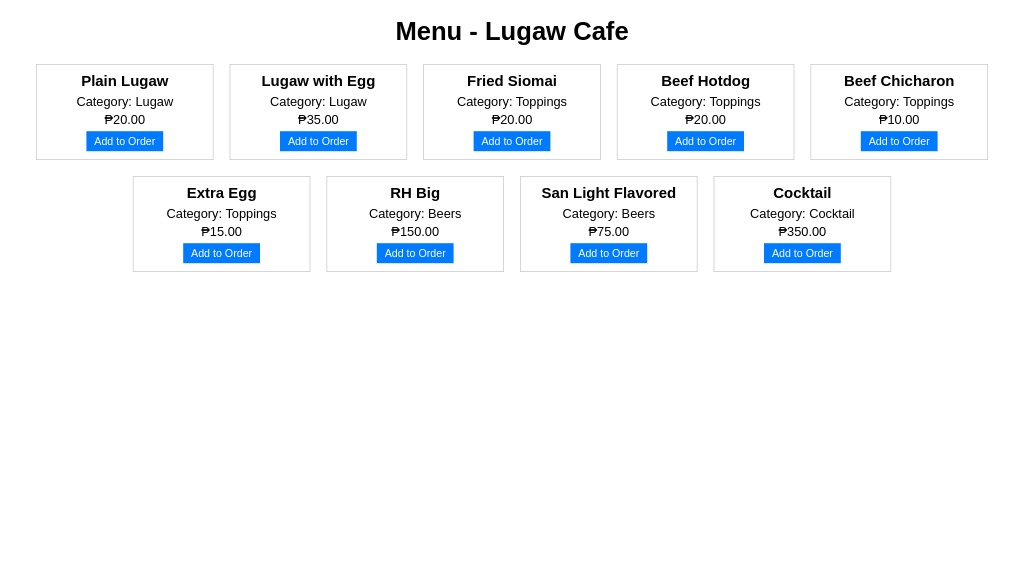
Repository: Jijiluzana225/lugawan_pitlane
Page: http://localhost/pos/menu/
An editor plug-in stored every save of this project. The page is shown before and after the next save, followed by the edit.
The browser window is 1280 px wide. The pictures show the whole page, at 80% of full size.
The page is served by the project's application, run on Django 5.2 (manage.py). The page reads the database file committed with the project.

Above is the page before, as saved 2025-03-06 08:33:14.

After the next save:
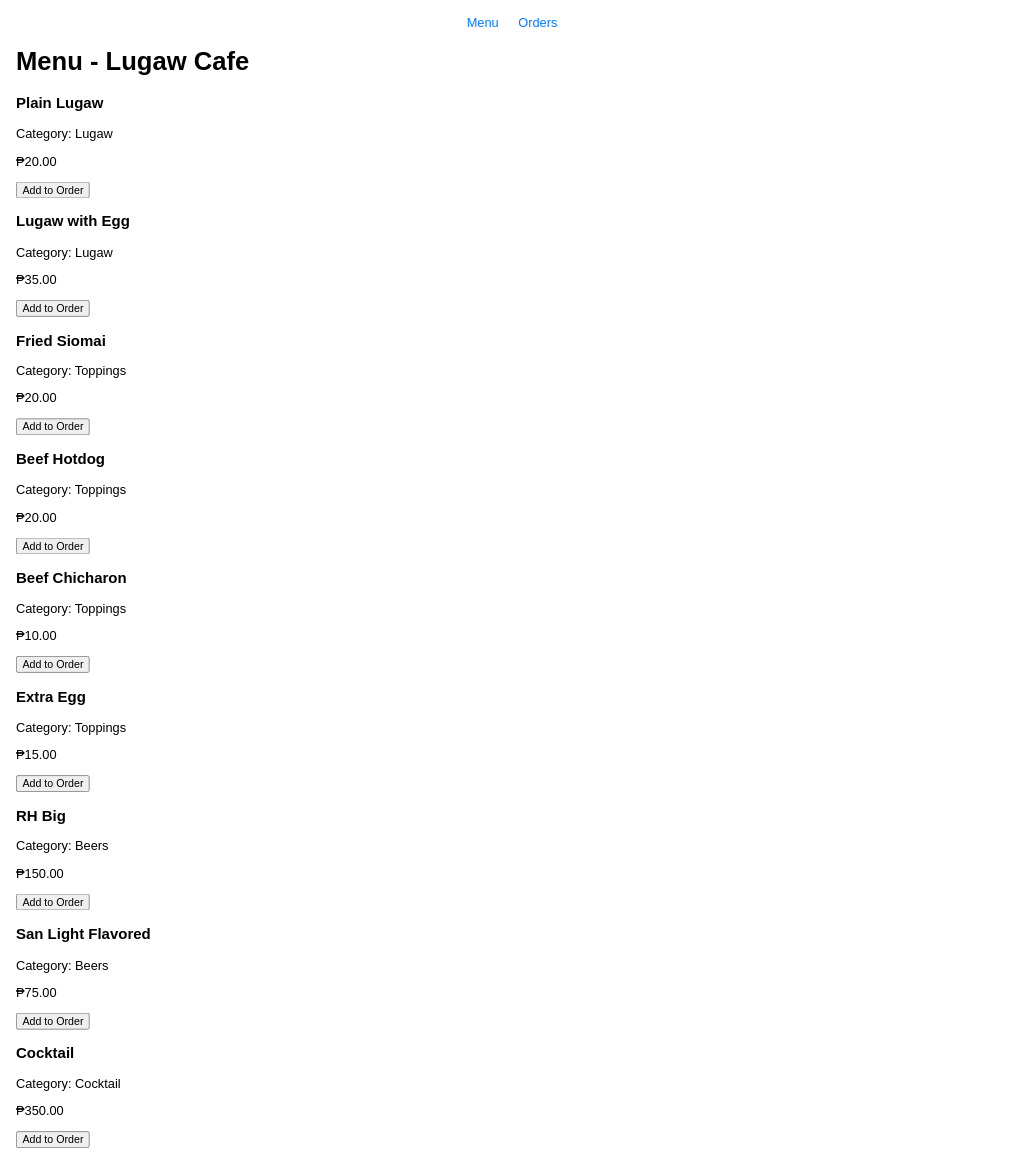
Saved 13 s later.
--- a/pos/templates/pos/menu.html
+++ b/pos/templates/pos/menu.html
@@ -1,31 +1,17 @@
-<!DOCTYPE html>
-<html lang="en">
-<head>
-    <meta charset="UTF-8">
-    <meta name="viewport" content="width=device-width, initial-scale=1.0">
-    <title>Menu - Lugaw Cafe</title>
-    <style>
-        body { font-family: Arial, sans-serif; margin: 20px; }
-        h1 { text-align: center; }
-        .menu { display: flex; flex-wrap: wrap; gap: 20px; justify-content: center; }
-        .product { border: 1px solid #ccc; padding: 10px; width: 200px; text-align: center; }
-        .product h3 { margin: 0; }
-        .product p { margin: 5px 0; }
-        button { background-color: #007BFF; color: white; border: none; padding: 5px 10px; cursor: pointer; }
-        button:hover { background-color: #0056b3; }
-    </style>
-</head>
-<body>
-    <h1>Menu - Lugaw Cafe</h1>
-    <div class="menu">
-        {% for product in products %}
-            <div class="product">
-                <h3>{{ product.name }}</h3>
-                <p>Category: {{ product.category.name }}</p>
-                <p>₱{{ product.price }}</p>
-                <button>Add to Order</button>
-            </div>
-        {% endfor %}
-    </div>
-</body>
-</html>
+{% extends 'pos/base.html' %}
+
+{% block title %}Menu - Lugaw Cafe{% endblock %}
+
+{% block content %}
+<h1>Menu - Lugaw Cafe</h1>
+<div class="menu">
+    {% for product in products %}
+        <div class="product">
+            <h3>{{ product.name }}</h3>
+            <p>Category: {{ product.category.name }}</p>
+            <p>₱{{ product.price }}</p>
+            <button>Add to Order</button>
+        </div>
+    {% endfor %}
+</div>
+{% endblock %}
